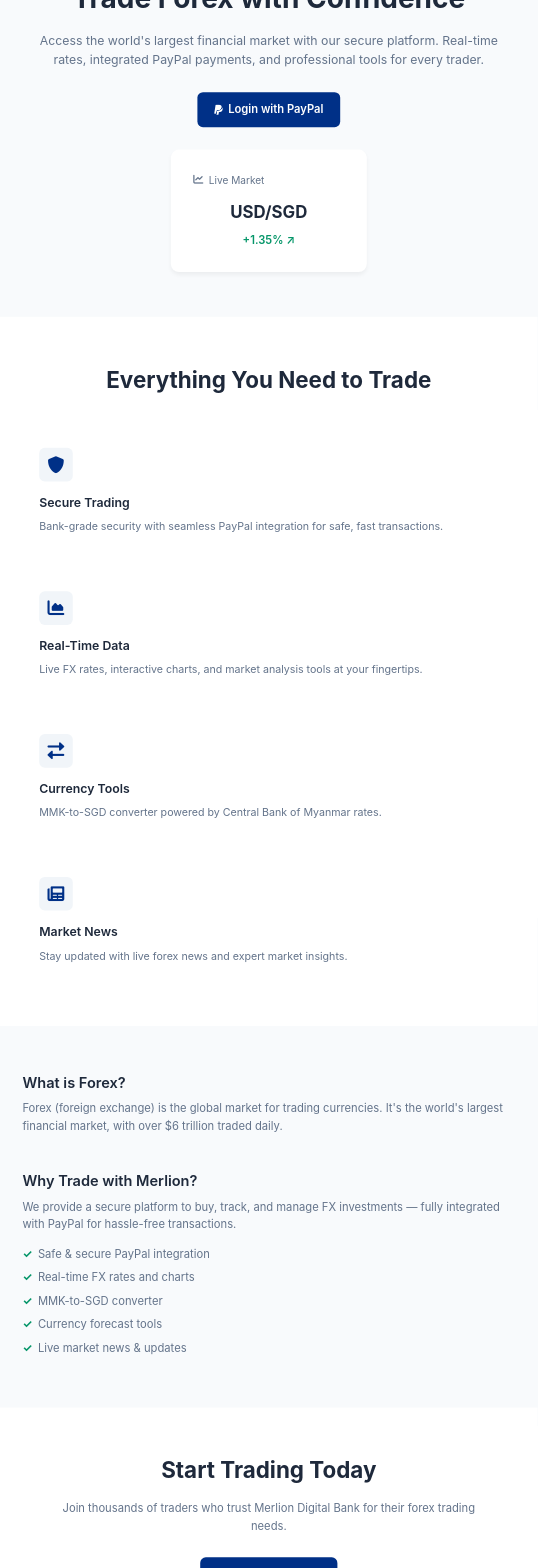
Repository: MayThetNaingBo/MerlionFX-app
Page: http://localhost/
An editor plug-in stored every save of this project. The page is shown before and after the next save, followed by the edit.
The browser window is 768 px wide. The pictures show the part of the page from y = 504 to 2744 px (the page is 2843 px tall before and 2875 px after), at 70% of full size.
The page is served by the project's application, run on Flask 3 (app.py).

Above is the page before, as saved 2025-08-07 23:41:50.

After the next save:
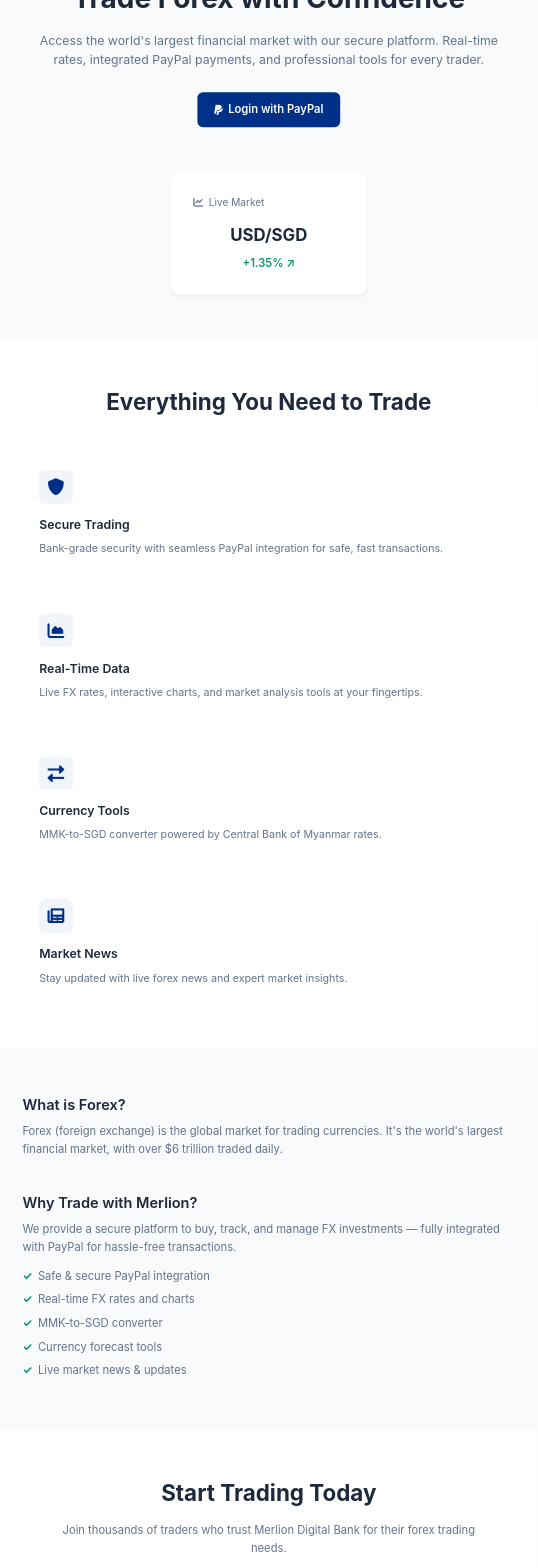
Saved 17 s later.
--- a/templates/index.html
+++ b/templates/index.html
@@ -338,7 +338,7 @@
         @media (max-width: 768px) {
             .hero {
                 grid-template-columns: 1fr;
-                gap: 2rem;
+                gap: 4rem;
                 text-align: center;
                 padding: 30rem 2rem 4rem;
             }
